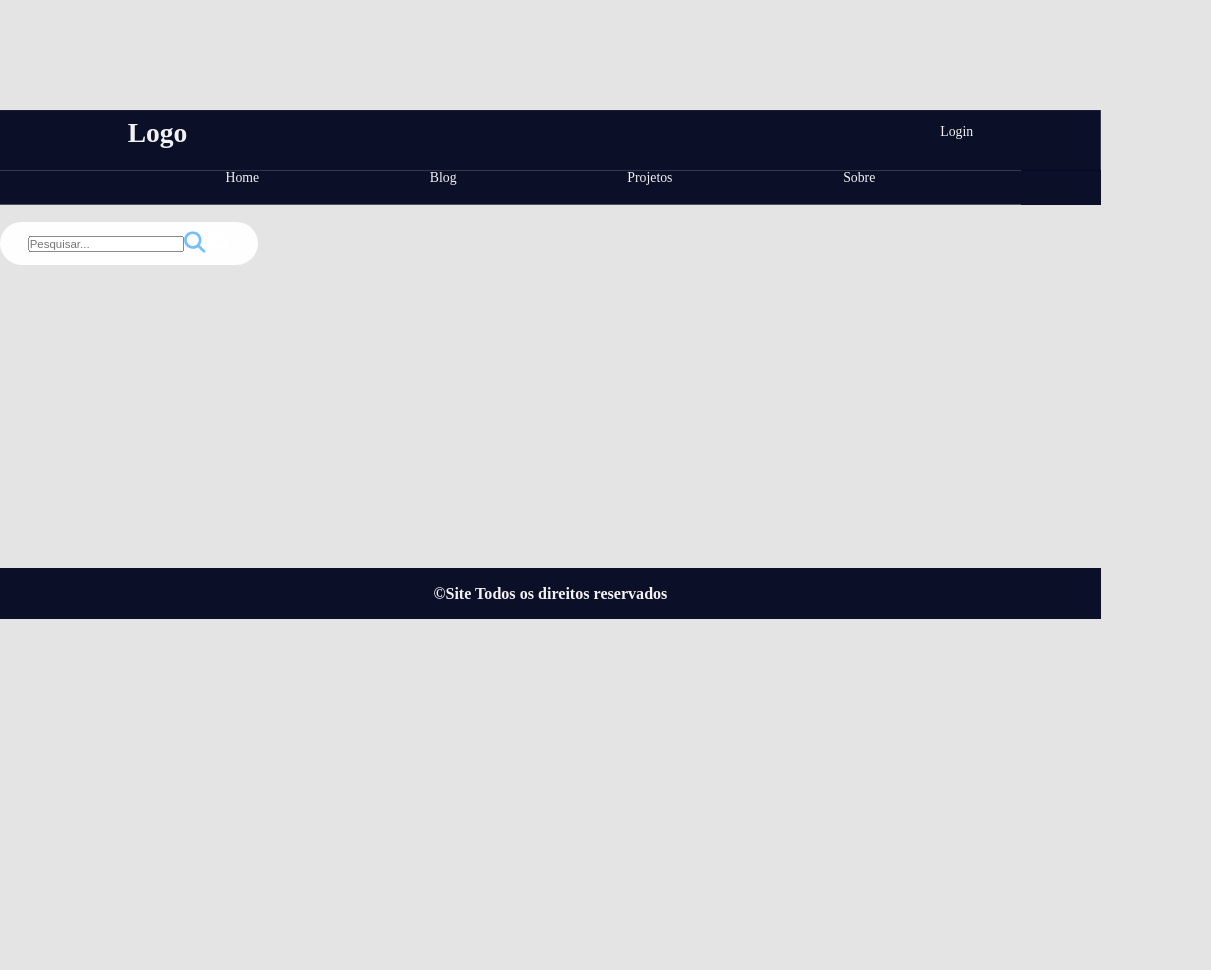
Repository: SauloMorais01/mysitefront-end
Page: src/pages/blog.html
These files come from the project's save history. The page is drawn as it stood at one moment and after the next save; the edit follows.
The browser window is 1280 px wide. The page is 1280 px wide, then 1408 px, so the pictures cover 1408 px, including what lies to the right of the window. The pictures show the whole page, at 86% of full size.
Some web libraries are served in a nearby version.

Above is the page before, as saved 2024-11-03 12:48:47.

### src/pages/blog.html
<!DOCTYPE html>
<html lang="pt-br">
<head>
    <meta charset="UTF-8">
    <meta name="viewport" content="width=device-width, initial-scale=1.0">
    <title>Titulo - status</title>
    <link rel="stylesheet" href="../css/style.css">
    <script src="../js/utils.js"></script>
    <script src="https://kit.fontawesome.com/0869671a59.js" crossorigin="anonymous"></script>
</head>
<body>
    <div class="divisor" style="padding: 5%;"></div>

    <header class="primary-color hd-color-white">
        <div class="container">
            <div class="top-box flex">
                <div class="logo">
                    <a class="hd-color-white" href="/"><h1>Logo</h1></a>
                </div>
                <div class="login">
                    <a class="hd-color-white" href="/">Login</a>
                </div>
                <div class="hover-btn" id="hover-btn">
                    <i class="fa-solid fa-bars"></i>
                </div>
            </div>
        </div>
    </header>

    <section id="menu" class="sticky-top primary-color hd-color-white">
            <div class="container center">
                <a href="/">Home</a>
                <a href="./src/pages/blog.html">Blog</a>
                <a href="/">Projetos</a>
                <a href="/">Sobre</a>
            </div>
    </section>

    <section id="modal-mobile-menu" class="modal-mobile-menu hidden">
        <div class="container center">
            <div class="modal-div">
                <a class="hd-color-white" href="/">Home</a>
            </div>
            <div class="modal-div">
                <a class="hd-color-white" href="./src/pages/blog.html">Blog</a>
            </div>
           <div class="modal-div">
                <a class="hd-color-white" href="/">Projetos</a>
           </div>
            <div class="modal-div">
                <a class="hd-color-white" href="/">Sobre</a>
            </div>
        </div>
    </section>

    <section class="search-item">
        <div class="search-box">
            <input type="text" placeholder="Pesquisar..." class="search-text" name="search" id="search">
            <a class="search-btn">
                <img src="../img/icone/magnifying-glass-solid.svg" width="25" height="25" alt="pesquisar">
                <img src="../img/icone/magnifying-glass-solid-white.svg" width="25" height="25" alt="pesquisar">
            </a>
        </div>
    </section>

    <main>

    </main>

    <footer class="primary-color center">
        <h3 class="hd-color-white">&copy;<strong>Site</strong> Todos os direitos reservados</h3>
    </footer>

    <div class="divisor" style="padding: 50px;"></div>



    <script src="../js/main.js"></script>

    <script>
        app.update();
    </script>
</body>
</html>

### src/css/style.css
/* Primary configs */
:root {
    /* Colors */
    /* Bases */
    --primary-color: 234, 94%, 6%,;
    --secondary-color: 184, 86%, 66%,;
    --body-color: 0, 0%, 89%,;
    --white-color: 0, 0%, 100%,;
    --black-color: 0, 0%, 0%,;
    /* End Bases */

    /* Variations colors */
    --primary-color-normal: hsla(var(--primary-color) 0.95);
    --primary-color-medium: hsla(var(--primary-color) 0.5);
    --primary-color-light: hsla(var(--primary-color) 0.250);

    --secondary-color-normal: hsla(var(--secondary-color) 0.95);
    --secondary-color-medium: hsla(var(--secondary-color) 0.5);
    --secondary-color-light: hsla(var(--secondary-color) 0.250);

    --body-color-normal: hsla(var(--body-color) 0.95);
    --body-color-medium: hsla(var(--body-color) 0.5);
    --body-color-light: hsla(var(--body-color) 0.250);

    --black-color-normal: hsla(var(--black-color) 0.95);
    --black-color-medium: hsla(var(--black-color) 0.5);
    --black-color-light: hsla(var(--black-color) 0.250);

    --white-color-normal: hsla(var(--white-color) 0.95);
    --white-color-medium: hsla(var(--white-color) 0.5);
    --white-color-light: hsla(var(--white-color) 0.250);
    /* End variations colors */
    /* End Colors */

    /* Conf Sizes */
    --container-larger-l: 80%;
    --container-larger-m: 80%;
    --container-larger-s: 80%;
    --container-tablet: 90%;
    --container-small-d: 95%;
    --grid-width: 300px;
    --grid-height: 300px;
    /* End conf Sizes */
}

/* Global */
* {
    box-sizing: border-box;
    margin: 0;
    padding: 0;
}
/* End global */

/* pagina */
body {
    background: var(--body-color-normal);
    height: 100vh;
    width: 100vw;
}

html {
    height: 100%;
}

a {
    list-style: none;
    text-decoration: none;
}


main {
    height: 100vh;
}

footer {
    height: 60px;
    position: fixed;
    bottom: 0;
    width: 100%;
    transform: translateY(0%);
}

footer h3 {
    padding-top: 1.2rem;
}

.modal-mobile-menu {
    height: 90vh;
    width: 90vw;
    padding-top: 20px;
    /* background: var(--white-color-normal); */
    background-image: linear-gradient(180deg, #303657, #444963);
    position: absolute;
    top: 5%;
    right: 5%;
    z-index: 1000;
    border-radius: 10px;
    border: 5px solid var(--secondary-color-normal);
    display: flex;
    flex-direction: row;
    justify-content: space-between;
}

.modal-div {
    background: var(--primary-color-light);
    margin: 10px 2.5%;
    padding: 10px;
    border-radius: 5px;
}

.modal-mobile-menu a {
    font-family: Impact, Haettenschweiler, 'Arial Narrow Bold', sans-serif;
    position: relative;
}

.menuAnimation {
    animation-duration: 0.25s;
    animation-name: menuAnim;
}

.menuAnimationRev {
    animation-duration: 0.25s;
    animation-name: menuAnimReverse;
}

.whatsapp-icon {
    position: fixed;
    bottom: 6%;
    right: 3%;
}

.whatsapp-icon img {
    width: 68px;
    height: 68px;
    animation-duration: 1s;
    animation-name: esvanecer;
    animation-iteration-count: infinite;
}

.workflow {
    margin-top: 20px;
    height: auto;
}

.workflow-title {
    margin-left: 20px;
    margin-top: 20px;
}

.box-workflow {
    text-align: center;
    height: auto;
    width: 150px;
    margin: 5px;
    background-color:var(--primary-color-medium);
    padding: 10px;
}

/* Search area */
.search-item {
    position: relative;
    width: 100vw;
    margin-top: 20px;
}

.search-box {
    display: flex;
    width: 300px;
    height: 50px;
    justify-content: center;
    align-items:center;

    background: var(--white-color-normal);
    border-radius: 40px;
    z-index: -100;
}
/* end Search area */


/* Animation */
@keyframes menuAnim {
    from {
        right: -100%;
      }

      to {
        right: 5%;
      }
}

@keyframes menuAnimReverse {
    from {
        right: 5%;
      }

      to {
        right: -100%;
      }
}

@keyframes esvanecer {
    0% {
        opacity: 100%;
      }

      50% {
        opacity: 50%;
      }

      100% {
        opacity: 100%;
      }
}

/* end pagina */

/* Utils */
.flex {
    display: flex;
}

.sticky-top {
    position: sticky;
    top: 0;
}

.center {
    text-align: center;
}

.right {
    text-align: right;
}

.left {
    text-align: left;
}

.grid-temp {
    display: flex;
    flex-direction: row;
    flex-wrap: wrap;
    /* align-items:center; */
    justify-content: center;
}

.primary-color{
    background: var(--primary-color-normal);
}

.secondary-color{
    background: var(--secondary-color-normal);
}

.hd-color-black {
    color: var(--black-color-normal);
}

.hd-color-white {
    color: var(--white-color-normal);
}

.hidden {
    display: none;
}
/* End utils */



/* Responsividade */
@media (max-width: 575.99px) {
    .container {
        margin: 0 auto;
        width: var(--container-small-d);
    }

    header {
        position: fixed;
        top: 0;
        height: 40px;
        width: 100%;
    }

    #menu {
        height: 40px;
        display:none;
    }

    #menu a {
        color: var(--white-color-normal);
        margin: 5px 2%;
        padding: 10px 5%;
    }

    #menu a:hover {
        background-color: var(--secondary-color-light);
        border-radius: 5px;
    }

    .hover-btn {
        position: absolute;
        right: 1rem;
        padding-top: 10px;
    }

    .hover-btn:hover {
        background: var(--primary-color-light);
        cursor: pointer;
    }

    .top-box {
        position: relative;
        padding-top: 2px;
    }

    .logo {
        position: absolute;
        left: 1%;
        font-size: 0.8rem;
    }

    .login {
        position: absolute;
        margin-top: 2px;
        right: 1%;
        display: none;
    }

    /* Main */
    .info-top{
        /* background: #4f0c6e; */
        height: 250px;
        background-image: linear-gradient(50deg, #2222227a, #2222227a), url(../img/freepik__generate-images-about-web-development__7459.jpeg);
        background-position: center;
        background-size: 100% 100%;
        display: flex;
        align-items: center;
        justify-content: center;
        /* background-repeat: no-repeat; */
    }

    .info-top h1 {
        font-size: 1.25rem;
    }

    .info-top p {
        text-align: center;
        font-size: 0.8rem;
        width: fit-content;
        font-size: 0.8rem;
        background: var(--primary-color-medium);
        border-radius: 5px;
        padding: 10px;
        font-family: Impact, Haettenschweiler, 'Arial Narrow Bold', sans-serif;
    }
}

@media (min-width: 576px) {
    .container {
        margin: 0 auto;
        width: var(--container-small-d);
    }

    header {
        height: 40px;
    }

    #menu {
        height: 40px;
        display:none;
    }

    #menu a {
        color: var(--white-color-normal);
        margin: 5px 2%;
        padding: 10px 5%;
    }

    #menu a:hover {
        background-color: var(--secondary-color-light);
        border-radius: 5px;
    }

    .top-box {
        position: relative;
        padding-top: 3px;
    }

    .logo {
        position: absolute;
        left: 1%;
        font-size: 0.8rem;
    }

    .login {
        position: absolute;
        margin-top: 3px;
        right: 1%;
        display: none;
    }

    .hover-btn {
        position: absolute;
        right: 1rem;
        padding-top: 10px;
    }

    .hover-btn:hover {
        background: var(--primary-color-light);
        cursor: pointer;
    }

    .top-box {
        position: relative;
        padding-top: 2px;
    }

    /* Main */
    .info-top{
        /* background: #4f0c6e; */
        height: 250px;
        background-image: linear-gradient(50deg, #2222227a, #2222227a), url(../img/freepik__generate-images-about-web-development__7459.jpeg);
        background-position: center;
        background-size: 100% 100%;
        display: flex;
        align-items: center;
        justify-content: center;
        /* background-repeat: no-repeat; */
    }

    .info-top h1 {
        font-size: 1.25rem;
    }

    .info-top p {
        text-align: center;
        width: fit-content;
        font-size: 0.8rem;
        background: var(--primary-color-medium);
        border-radius: 5px;
        padding: 10px;
    }
}

/* Medium devices (tablets, 768px and up) */
@media (min-width: 768px) {
    .container {
        margin: 0 auto;
        width: var(--container-tablet);
    }

    header {
        height: 50px;
    }

    #menu {
        height: 40px;
        display:none;
    }

    #menu a {
        color: var(--white-color-normal);
        margin: 5px 3%;
        padding: 10px 5%;
    }

    #menu a:hover {
        background-color: var(--secondary-color-light);
        border-radius: 5px;
    }

    .top-box {
        position: relative;
        padding-top: 6px;
    }

    .logo {
        position: absolute;
        left: 2%;
        font-size: 1rem;
    }

    .login {
        position: absolute;
        margin-top: 6px;
        right: 2%;
        display: none;
    }

    .hover-btn {
        position: absolute;
        right: 1rem;
        padding-top: 10px;
    }

    .hover-btn:hover {
        background: var(--primary-color-light);
        cursor: pointer;
    }

    .top-box {
        position: relative;
        padding-top: 2px;
    }

    /* Main */
    .info-top{
        /* background: #4f0c6e; */
        height: 300px;
        background-image: linear-gradient(50deg, #2222227a, #2222227a), url(../img/freepik__generate-images-about-web-development__7459.jpeg);
        background-position: center;
        background-size: 100% 100%;
        display: flex;
        align-items: center;
        justify-content: center;
        /* background-repeat: no-repeat; */
    }

    .info-top h1 {
        font-size: 1.5rem;
    }

    .info-top p {
        margin: 10px;
        font-size: 1.0rem;
    }
}

/* Large devices (desktops, 992px and up) */
@media (min-width: 992px) {
    .container {
        margin: 0 auto;
        width: var(--container-larger-s);
    }

    header {
        height: 60px;
    }

    #menu {
        height: 40px;
        display: block;
    }

    #menu a {
        color: var(--white-color-normal);
        margin: 5px 4%;
        padding: 10px 5%;
    }

    #menu a:hover {
        background-color: var(--secondary-color-light);
        border-radius: 5px;
    }

    .top-box {
        position: relative;
        padding-top: 8px;
    }

    .logo {
        position: absolute;
        left: 2%;
    }

    .login {
        position: absolute;
        margin-top: 8px;
        right: 2%;
        display: block;
    }

    .hover-btn {
        position: absolute;
        right: 1rem;
        padding-top: 10px;
        display: none;
        padding: 10px;
    }

    .hover-btn:hover {
        background: var(--primary-color-light);
        cursor: pointer;
    }


    /* Main */
    .info-top{
        /* background: #4f0c6e; */
        height: 350px;
        background-image: linear-gradient(50deg, #2222227a, #2222227a), url(../img/freepik__generate-images-about-web-development__7459.jpeg);
        background-position: center;
        background-size: 100% 100%;
        display: flex;
        align-items: center;
        justify-content: center;
        /* background-repeat: no-repeat; */
    }

    .info-top h1 {
        font-size: 2.0rem;
    }

    .info-top p {
        font-size: 1.0rem;
    }
}

/* X-Large devices (large desktops, 1200px and up) */
@media (min-width: 1200px) {
    .container {
        margin: 0 auto;
        width: var(--container-larger-m);
    }

    header {
        height: 70px;
    }

    #menu {
        height: 40px;
        display: block;
    }

    #menu a {
        color: var(--white-color-normal);
        margin: 5px 4.5%;
        padding: 10px 5%;
    }

    #menu a:hover {
        background-color: var(--secondary-color-light);
        border-radius: 5px;
    }

    .top-box {
        position: relative;
        padding-top: 8px;
    }

    .logo {
        position: absolute;
        left: 2%;
    }

    .login {
        position: absolute;
        margin-top: 8px;
        right: 2%;
    }

    /* Main */
    .info-top{
        /* background: #4f0c6e; */
        height: 400px;
        background-image: linear-gradient(50deg, #2222227a, #2222227a), url(../img/freepik__generate-images-about-web-development__7459.jpeg);
        background-position: center;
        background-size: 100% 100%;
        display: flex;
        align-items: center;
        justify-content: center;
        /* background-repeat: no-repeat; */
    }

    .info-top h1 {
        font-size: 2.5rem;
    }

    .info-top p {
        font-size: 1.5rem;
    }
}

/* XX-Large devices (larger desktops, 1400px and up) */
@media (min-width: 1400px) {
    .container {
        margin: 0 auto;
        width: var(--container-larger-l);
    }

    header {
        height: 75px;
    }

    #menu {
        height: 40px;
        display: block;
    }

    #menu a {
        color: var(--white-color-normal);
        margin: 5px 5%;
        padding: 10px 5%;
        font-family: 'Trebuchet MS', 'Lucida Sans Unicode', 'Lucida Grande', 'Lucida Sans', Arial, sans-serif;
        font-weight: bold;
    }

    #menu a:hover {
        background-color: var(--secondary-color-light);
        border-radius: 5px;
    }

    .top-box {
        position: relative;
        padding-top: 10px;
    }

    .logo {
        position: absolute;
        left: 2%;
    }

    .login {
        position: absolute;
        margin-top: 10px;
        right: 2%;
    }

    /* Main */
    .info-top{
        /* background: #4f0c6e; */
        height: 400px;
        background-image: linear-gradient(50deg, #2222227a, #2222227a), url(../img/freepik__generate-images-about-web-development__7459.jpeg);
        background-position: center;
        background-size: 100% 100%;
        display: flex;
        align-items: center;
        justify-content: center;
        /* background-repeat: no-repeat; */
    }

    .info-top h1 {
        font-size: 2.5rem;
        font-family: monospace;
    }

    .info-top p {
        font-size: 1.5rem;
        font-family: Impact, Haettenschweiler, 'Arial Narrow Bold', sans-serif;
    }
}
/* End responsividade */

### src/js/utils.js
class MenuController {
    /**
     * @param {HTMLElement} btnMenu
     * @param {HTMLElement} menuHover
     */
    constructor(btnMenu, menuHover) {
        this.btnMenuRoot = btnMenu
        this.menuHoverRoot = menuHover;
    }

    /**
     * @returns {HTMLElement} menuHover
     */
    get menuHoverRoot() {
        return this._menuHover
    }

    /**
     * @param {HTMLElement} root
     */
    set menuHoverRoot(root) {
        return this._menuHover = root;
    }

    /**
     * @returns {HTMLElement} btnMenu
     */
    get btnMenuRoot() {
        return this._btnMenu
    }

    /**
     * @param {HTMLElement} root
     */
    set btnMenuRoot(root) {
        return this._btnMenu = root;
    }

    /**
     * @returns {void}
     */
    showMenu() {
        this.btnMenuRoot.onclick = () => {
            if(this.menuHoverRoot.classList.contains('hidden')) {
                this.menuHoverRoot.classList.remove('hidden');
                this.menuHoverRoot.classList.add('menuAnimation');
                this.menuHoverRoot.classList.remove('menuAnimationRev');
            } else {
                this.menuHoverRoot.classList.remove('menuAnimation');
                this.menuHoverRoot.classList.add('menuAnimationRev');
                return setTimeout(() => {
                    this.menuHoverRoot.classList.add(`hidden`);
                }, 235);
            }
            clearTimeout(this);
        }
    }
}

### src/js/main.js
class Main {
    constructor() {
        this.btnMenu = document.getElementById('hover-btn');
        this.hoverMenu = document.getElementById('modal-mobile-menu');
        this.menuController = new MenuController(this.btnMenu, this.hoverMenu);
    }

    /**
     * @param {HTMLElement} root
     */
    set btnMenu(root) {
        return this._menuBtn = root;
    }

    /**
     * @returns {HTMLElement} btnMenu
     */
    get btnMenu() {
        return this._menuBtn
    }

    /**
     * @param {HTMLElement} root
     */
    set hoverMenu(root) {
        return this._hoverMenu = root;
    }

    /**
     * @returns {HTMLElement} hoverMenu
     */
    get hoverMenu() {
        return this._hoverMenu
    }


    update() {
        this.menuController.showMenu();
    }
}


const app = new Main();

After the next save:
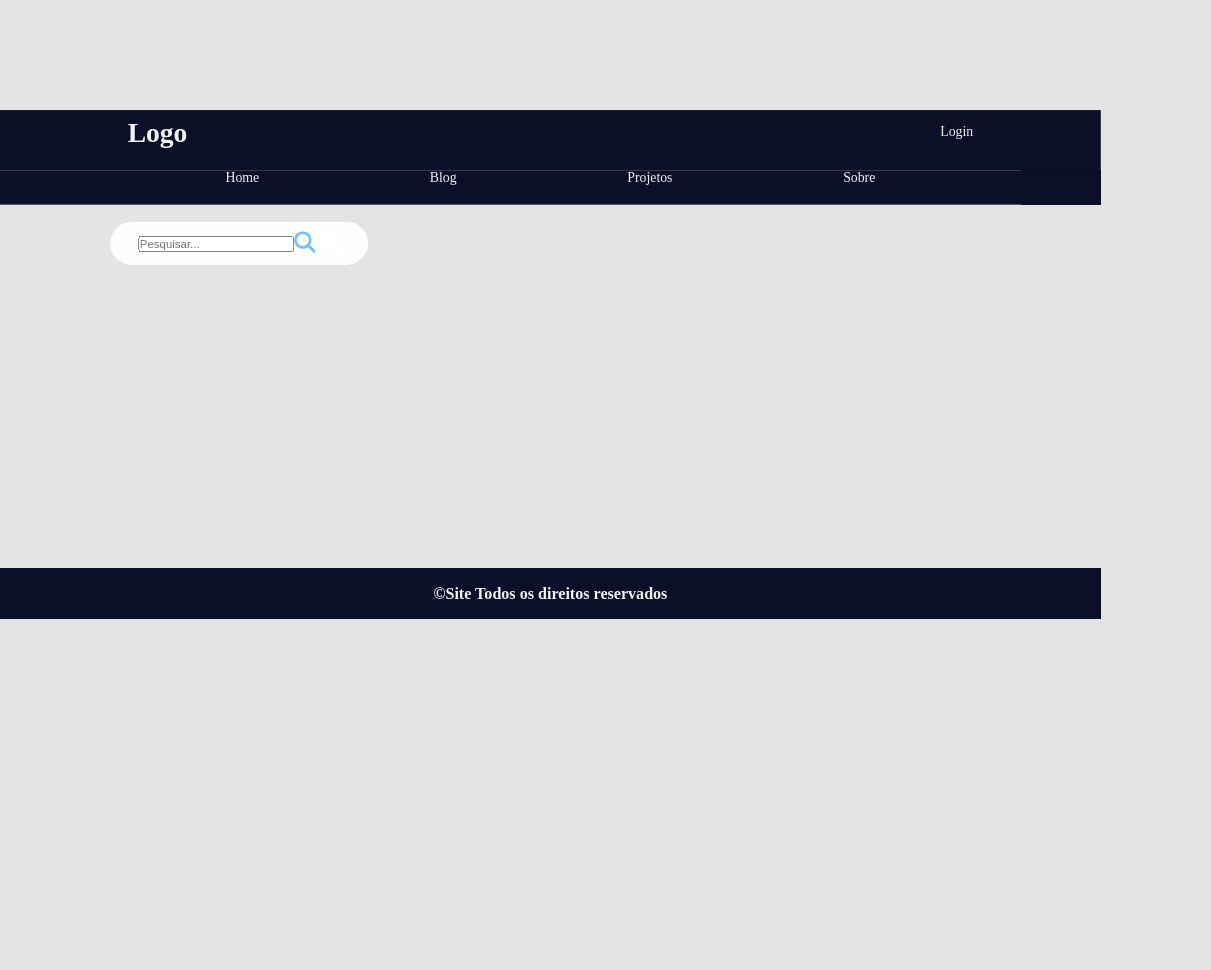
Saved 44 s later.
--- a/src/pages/blog.html
+++ b/src/pages/blog.html
@@ -53,15 +53,17 @@
         </div>
     </section>
 
-    <section class="search-item">
-        <div class="search-box">
-            <input type="text" placeholder="Pesquisar..." class="search-text" name="search" id="search">
-            <a class="search-btn">
-                <img src="../img/icone/magnifying-glass-solid.svg" width="25" height="25" alt="pesquisar">
-                <img src="../img/icone/magnifying-glass-solid-white.svg" width="25" height="25" alt="pesquisar">
-            </a>
-        </div>
-    </section>
+    <div class="container">
+        <section class="search-item">
+            <div class="search-box">
+                <input type="text" placeholder="Pesquisar..." class="search-text" name="search" id="search">
+                <a class="search-btn">
+                    <img src="../img/icone/magnifying-glass-solid.svg" width="25" height="25" alt="pesquisar">
+                    <img src="../img/icone/magnifying-glass-solid-white.svg" width="25" height="25" alt="pesquisar">
+                </a>
+            </div>
+        </section>
+    </div>
 
     <main>
 
